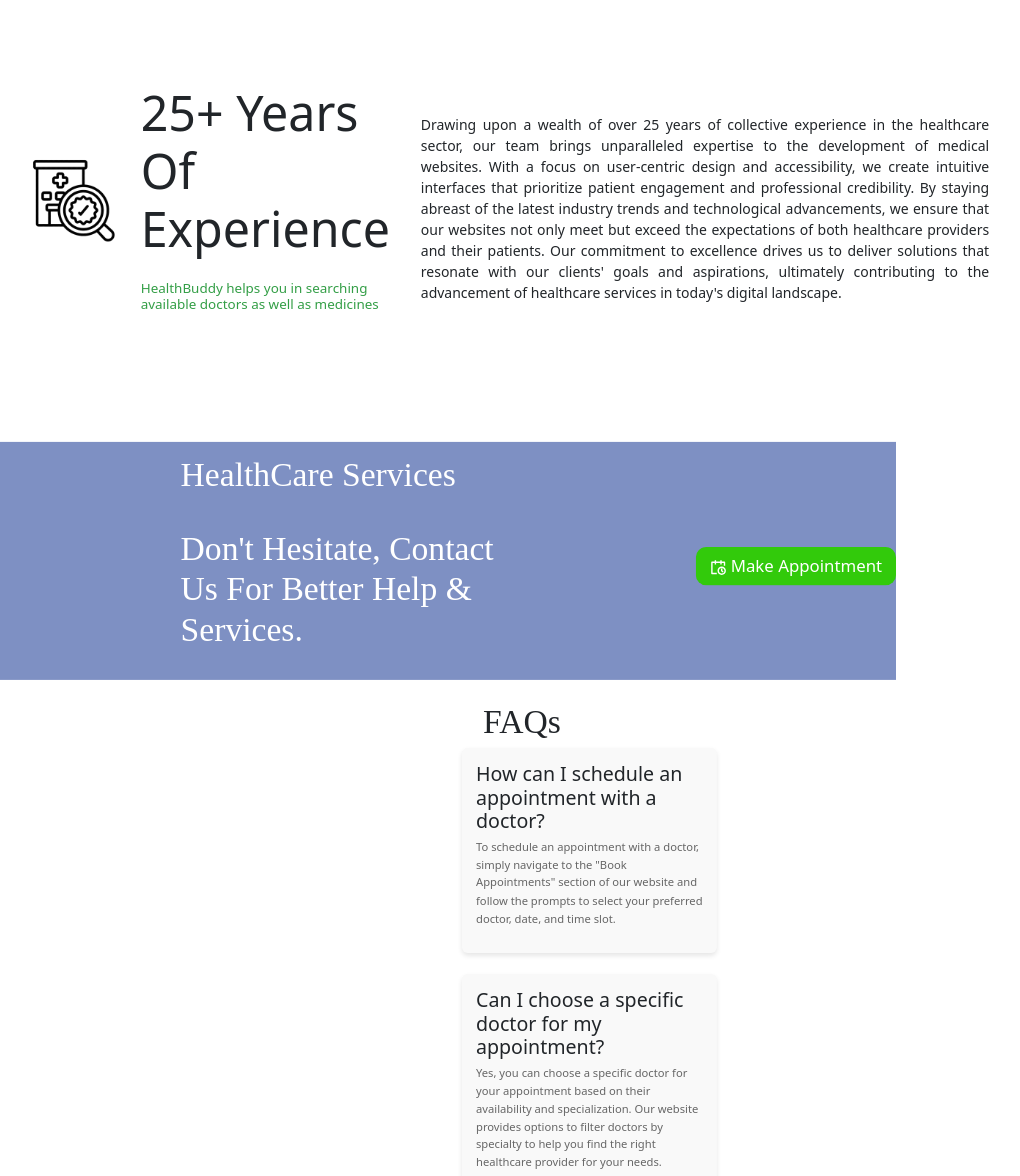
Repository: WajihaGul/MedicalApp-Frontend
Page: /
An editor plug-in stored every save of this project. The page is shown before and after the next save, followed by the edit.
The browser window is 1280 px wide. The page is 1457 px wide, so the pictures cover 1457 px, including what lies to the right of the window. The pictures show the part of the page from y = 1396 to 3076 px (the page is 4730 px tall), at 70% of full size.
The project was rebuilt for these pictures with package versions that can differ from the ones it lists, and the page was loaded fresh each time. Also part of the build but not shown: vite.config.js, src/index.css, src/App.css.

Above is the page before, as saved 2024-05-08 23:52:19.

### public/index.html
<!DOCTYPE html>
<html lang="en">
  <head>
    <meta charset="utf-8" />
    <link rel="icon" href="%PUBLIC_URL%/favicon.ico" />
    <meta name="viewport" content="width=device-width, initial-scale=1" />
    <meta name="theme-color" content="#000000" />
    <meta
      name="description"
      content="Web site created using create-react-app"
    />
    <link rel="apple-touch-icon" href="%PUBLIC_URL%/logo192.png" />

    <link rel="manifest" href="%PUBLIC_URL%/manifest.json" />

    <title>Health Buddy</title>

    <!-- Bootstrap CSS -->

    <link href="https://cdn.jsdelivr.net/npm/bootstrap@5.3.3/dist/css/bootstrap.min.css" rel="stylesheet">
  </head>
  <body>
    <noscript>You need to enable JavaScript to run this app.</noscript>
    <div id="root"></div>

  </body>
</html>

### src/index.js
import React from "react";
import ReactDOM from "react-dom/client";
import "./index.css";
import "bootstrap/dist/css/bootstrap.min.css";
import { Auth0Provider } from "@auth0/auth0-react";
import App from "./App";

const root = ReactDOM.createRoot(document.getElementById("root"));
root.render(
  <Auth0Provider
    domain="dev-0g3c3dxmqjxyqw2c.us.auth0.com"
    clientId="oMzUGa6dYetqfOyrTVNkJyeCd189p4oL"
    authorizationParams={{
      redirect_uri: window.location.origin,
    }}
  >
    <App />
  </Auth0Provider>
);

### src/App.js
import "./App.css";
import Homepage from "./Pages/Homepage";
function App() {
  return (
    <>
      <Homepage />
    </>
  );
}

export default App;

### src/Pages/Homepage.jsx
import Accomplishments from "../Components/Accomplishments/Accomplishments";
import Experience from "../Components/Experience/Experience";
import LandingPage from "./../Components/LandingPage/LandingPage";
import NavigationBar from "./../Components/NavigationBar/Navbar";
import MakeAppointment from "../Components/MakeAppointment/MakeAppointment";
import Footer from "../Components/Footer/Footer";
import Faqs from "../Components/FAQS/Faqs";

const Homepage = () => {
  return (
    <>
      <NavigationBar />
      <LandingPage />
      <Accomplishments />
      <Experience />
      <MakeAppointment />
      <Faqs />
      <Footer />
    </>
  );
};

export default Homepage;

### src/Components/Accomplishments/Accomplishments.jsx
import styles from "./Accomplishments.module.css";

const Accomplishments = () => {
  return (
    <div className={styles.container}>
      <div className={styles.innerContainer}>
        <div className={styles.column1}>
          <img
            className={styles.cols_img}
            src="https://medi-dove.netlify.app/img/counter/counter-icon-7.png"
            alt=""
          />

          <p className={styles.explanationi}>540 + </p>

          <p className={styles.explanationii}>Expert Doctors</p>

          <p className={styles.explanationiii}>
            Our team of dedicated professionals ensures personalized care and
            expert guidance tailored to your unique health needs
          </p>
        </div>

        <div className={styles.column1}>
          <img
            className={styles.cols_img}
            src="https://medi-dove.netlify.app/img/counter/counter-icon-9.png"
            alt=""
          />

          <p className={styles.explanationi}>899+</p>

          <p className={styles.explanationii}>Problem Solve</p>

          <p className={styles.explanationiii}>
            Benefit from our extensive expertise in resolving medical
            challenges, offering tailored solutions that prioritize patient
            well-being.
          </p>
        </div>

        <div className={styles.column3}>
          <img
            className={styles.cols_img}
            src="https://medi-dove.netlify.app/img/counter/counter-icon-83.png"
            alt=""
          />

          <p className={styles.explanationi}>100+</p>

          <p className={styles.explanationii}>Award Winner</p>

          <p className={styles.explanationiii}>
            With a track record of excellence, we continue to set the standard
            for cutting-edge medical information and services
          </p>
        </div>
      </div>
    </div>
  );
};

export default Accomplishments;

### src/Components/Experience/Experience.jsx
import styles from "./Experience.module.css";

const Experience = () => {
  return (
    <>
      <div className={styles.container}>
        <div className={styles.divimg}>
          <img
            className={styles.eimg}
            src="/Assets/Experience_image.png"
            alt="logo here"
          />
        </div>

        <div>
          <h1 className={styles.ehead1}>25+ Years Of Experience</h1>
          <br />
          <h6 className={styles.ehead6}>
            HealthBuddy helps you in searching available doctors as well as
            medicines
          </h6>
        </div>
        <div>
          <p className={styles.story_p}>
            Drawing upon a wealth of over 25 years of collective experience in
            the healthcare sector, our team brings unparalleled expertise to the
            development of medical websites. With a focus on user-centric design
            and accessibility, we create intuitive interfaces that prioritize
            patient engagement and professional credibility. By staying abreast
            of the latest industry trends and technological advancements, we
            ensure that our websites not only meet but exceed the expectations
            of both healthcare providers and their patients. Our commitment to
            excellence drives us to deliver solutions that resonate with our
            clients' goals and aspirations, ultimately contributing to the
            advancement of healthcare services in today's digital landscape.
          </p>
        </div>
      </div>
    </>
  );
};
export default Experience;

### src/Components/LandingPage/LandingPage.jsx
import React from "react";
import "bootstrap/dist/css/bootstrap.min.css";
import { Carousel } from "react-bootstrap";
import styles from "./LandingPage.module.css";

const LandingPage = () => {
  return (
    <Carousel>
      <Carousel.Item>
        <img
          className={styles.dblock}
          src="https:hips.hearstapps.com/hmg-prod/images/types-of-doctors-1600114658.jpg?crop=0.974xw:0.729xh;0,0&resize=1200:*"
          alt="First slide"
        />
        <Carousel.Caption>
          <h3 className={styles.sliders_h}>Welcome to HealthBuddy</h3>
          <p className={styles.sliders_p}>
            We are dedicated to providing compassionate care and innovative
            medical solutions tailored to your needs.
          </p>
        </Carousel.Caption>
      </Carousel.Item>
      <Carousel.Item>
        <img
          className={styles.dblock}
          src="https://medi-dove.netlify.app/img/home4/about/overlap.png"
          alt="Second slide"
        />
        <Carousel.Caption>
          <h3 className={styles.sliders_h}>
            Find Trusted Doctors in Your Area
          </h3>
          <p className={styles.sliders_p}>
            Whether you need a primary care physician, specialist, or allied
            healthcare provider, we've got you covered.
          </p>
        </Carousel.Caption>
      </Carousel.Item>
      <Carousel.Item>
        <img
          className={styles.dblock}
          src="https://drz0f01yeq1cx.cloudfront.net/1714474335549-158e1cf4-d33e-41ef-afb5-0ab23aea778c-4929.png"
          alt="Third slide"
        />
        <Carousel.Caption>
          <h3 className={styles.sliders_h}>Convenient Pharmacy Services</h3>
          <p className={styles.sliders_p}>
            Our pharmacy services make it easy to access the medications you
            need, right from the comfort of your own home.
          </p>
        </Carousel.Caption>
      </Carousel.Item>
    </Carousel>
  );
};

export default LandingPage;

### src/Components/NavigationBar/Navbar.jsx
import styles from "./Navbar.module.css";
import { useAuth0 } from "@auth0/auth0-react";

const Navbar = () => {
  const { loginWithRedirect, isAuthenticated, logout } = useAuth0();

  return (
    <>
      <nav className={styles.container}>
        <div className={styles.logo}>
          <img
            className={styles.nav_img}
            src="https://cdn.icon-icons.com/icons2/1465/PNG/512/588hospital_100778.png"
            alt="logo"
          />
          <h1 className={styles.nav_head}>HealthBuddy</h1>
        </div>
        <ul className={styles.navul}>
          <li href="#">Home</li>
          <li href="#">Doctors</li>
          <li href="#">Pharmacies</li>
          <li href="#">Contact Us</li>
        </ul>
        {isAuthenticated ? (
          <li>
            <button
              className={styles.customButton}
              onClick={() =>
                logout({ logoutParams: { returnTo: window.location.origin } })
              }
            >
              Log Out
            </button>
          </li>
        ) : (
          <li>
            <button
              className={styles.customButton}
              onClick={() => loginWithRedirect()}
            >
              Login
            </button>
          </li>
        )}
      </nav>
    </>
  );
};

export default Navbar;

### src/Components/MakeAppointment/MakeAppointment.jsx
import styles from "./MakeAppointment.module.css";
import { RiCalendarScheduleLine } from "react-icons/ri";

const MakeAppointment = () => {
  return (
    <>
      <div className={styles.container}>
        <div className={styles.divii}>
          <h3 className={styles.head3}>HealthCare Services</h3>
          <h1 className={styles.head1}>
            Don't Hesitate, Contact Us For Better Help & Services.
          </h1>
        </div>

        <div className={styles.ButtonHere}>
          <button className={styles.mbutton} type="button">
            <RiCalendarScheduleLine className={styles.icon} />
            Make Appointment
          </button>
        </div>
      </div>
    </>
  );
};

export default MakeAppointment;

### src/Components/Footer/Footer.jsx
import React from "react";
import styles from "./Footer.module.css";
import {
  FaPhone,
  FaEnvelope,
  FaFacebook,
  FaTwitter,
  FaInstagram,
  FaLinkedin,
} from "react-icons/fa";

const Footer = () => {
  return (
    <>
      <footer className={styles.footer}>
        <div className={styles.container}>
          <div className={styles.footer_grid}>
            <div className={styles.footer_item}>
              <h3>Contact Us</h3>
              <p>
                <FaPhone /> +1-123-456-7890
              </p>
              <p>
                <FaEnvelope /> info@medicalwebsite.com
              </p>
            </div>
            <div className={styles.footer_item}>
              <h3>Quick Links</h3>
              <ul>
                <li>
                  <a href="#home">Home</a>
                </li>
                <li>
                  <a href="#doctors">Doctors</a>
                </li>
                <li>
                  <a href="#pharmacy">Pharmacy</a>
                </li>
                <li>
                  <a href="#appointments">Appointments</a>
                </li>
                <li>
                  <a href="#about">About Us</a>
                </li>
                <li>
                  <a href="#contact">Contact Us</a>
                </li>
              </ul>
            </div>
            <div className={styles.footer_item}>
              <h3>Services</h3>
              <ul>
                <li>
                  <a href="#appointment">Book Appointment</a>
                </li>
                <li>
                  <a href="#pharmacy-order">Order Medicine</a>
                </li>
              </ul>
            </div>
            <div className={styles.footer_item}>
              <h3>Follow Us</h3>
              <ul className={styles.social_icons}>
                <li>
                  <a href="https://facebook.com">
                    <FaFacebook />
                  </a>
                </li>
                <li>
                  <a href="https://twitter.com">
                    <FaTwitter />
                  </a>
                </li>
                <li>
                  <a href="https://instagram.com">
                    <FaInstagram />
                  </a>
                </li>
                <li>
                  <a href="https://linkedin.com">
                    <FaLinkedin />
                  </a>
                </li>
              </ul>
            </div>
          </div>
        </div>
        <div className={styles.footer_bottom}>
          <div className={styles.container}>
            <p>
              &copy; {new Date().getFullYear()} Medical Website. All rights
              reserved.
            </p>
          </div>
        </div>
      </footer>
    </>
  );
};

export default Footer;

### src/Components/FAQS/Faqs.jsx
import React from "react";
import styles from "./Faqs.module.css";

const Faqs = () => {
  return (
    <section className={styles.faq_section}>
      <div className={styles.faq_content}>
        <h2 className={styles.faq_h2}>FAQs</h2>
        <div className={styles.faq_item}>
          <h3>How can I schedule an appointment with a doctor?</h3>
          <p>
            To schedule an appointment with a doctor, simply navigate to the
            "Book Appointments" section of our website and follow the prompts to
            select your preferred doctor, date, and time slot.
          </p>
        </div>
        <div className={styles.faq_item}>
          <h3>Can I choose a specific doctor for my appointment?</h3>
          <p>
            Yes, you can choose a specific doctor for your appointment based on
            their availability and specialization. Our website provides options
            to filter doctors by specialty to help you find the right healthcare
            provider for your needs.
          </p>
        </div>
        <div className={styles.faq_item}>
          <h3>
            What information do I need to provide when booking an appointment?
          </h3>
          <p>
            When booking an appointment, you will need to provide basic
            information such as your name, contact details, reason for visit,
            and any relevant medical history. This information helps us ensure
            that you receive the appropriate care during your visit.
          </p>
        </div>
        <div className={styles.faq_item}>
          <h3>How can I order prescription medications from the pharmacy?</h3>
          <p>
            Ordering prescription medications from our pharmacy is easy. Simply
            log in to your account on our website, navigate to the pharmacy
            section, and browse our catalog of available medications. Add the
            desired items to your cart, proceed to checkout, and follow the
            instructions to complete your order
          </p>
        </div>

        <div className={styles.faq_item}>
          <h3>
            How long does it take for prescription medications to be delivered?
          </h3>
          <p>
            Prescription medication delivery times may vary depending on your
            location and the availability of the medications you have ordered.
            Typically, orders are processed and dispatched within 24 hours, and
            delivery times range from 2-3 business days.
          </p>
        </div>
      </div>
    </section>
  );
};

export default Faqs;

### src/Components/Accomplishments/Accomplishments.module.css
.container{
    margin:0 auto;
    width: 1200px;
    padding-top: 30px;
    padding-bottom: 30px;
    margin-top: 30px;
    display: flex;
    flex-direction: column;
}
.innerContainer{
    display: flex;
    flex-direction: row;
}
.column1 , .column2 , .column3{
    display: flex;
    flex-direction: column;
    justify-content: center;
    align-items: center;
}
.explanationi{
    font-size: xxx-large;
    font-weight: 700px;
}

.explanationii{
    color: green;
    font-size: larger;
    font-style: italic;
    margin-top: -12px;
}

.explanationiii{
    text-align: justify;
    margin-right: 23px;
    font-size:24px;
}

.cols_img{
    height: 150px;
    width: 150px;
    align-items: center !important;
    justify-content: center !important;
}

### src/Components/Experience/Experience.module.css
.container{
  margin: 0 auto;
  width: 1200px;
  margin-top: 138px;
  display: flex;
  flex-direction: row;
  margin-bottom: 138px;
}

.logo, .experience , .story{
  margin: 10px;
  height: 100px !important;
}

.story_p{
  padding: 44px;
    text-align: justify;
    font-size: 20px;
    width: 900px;
}
.divimg{

}
.ehead1{
  font-size: 69px;
}

.ehead6{
color: #339e46 ;
font-size: larger;
}
.eimg{
  height: 131px;
  margin-bottom: 102px;
  margin-top: 102px;
  padding-right: 30px;
}

### src/Components/LandingPage/LandingPage.module.css
.carousel {
  overflow: hidden; /* Hide any overflow */
}

.carousel-item img {
  max-width: 100%; /* Ensure images don't exceed the width of the container */
  max-height: 100vh; /* Adjust the height as needed to fit within the viewport */
  margin: auto; /* Center the images horizontally */
}

.dblock{
  height: 100vh;
  width: 100%;
  margin-bottom: 100px;
  filter: brightness(0.5);
}

.sliders_p{
  font-size: 48px;
  color: white;
  width: 1462px;
  text-align: center;
  padding-bottom: 156px;
  font-family: serif;
}

.sliders_h{
  font-size: 48px;
  font-family: serif;
}

### src/Components/NavigationBar/Navbar.module.css
nav {
    position: fixed;
    top: 0;
    left: 0;
    width: 100%;
    display: flex;
    justify-content: space-between;
    align-items: center;
    height: 80px;
    padding: 0 30px;
    background-color: #4f4fa1;
    box-shadow: 0px 4px 10px rgba(0, 0, 0, 0.1);
    z-index: 10;
}

.navul {
  display: flex;
  gap: 53px;
  list-style-type: none;
  margin: 0;
  padding: 0;
  font-size: x-large;
  box-sizing: border-box;
  font-family: cursive;
  color: white;
  font-weight: 800;
}

.navbar-item {
  position: relative;
}

.navbar-item a {
  text-decoration: none;
  color: #fff;
  font-weight: bold;
  padding: 15px 20px;
  border-radius: 10px;
  transition: background-color 0.3s ease;
}

.navbar-item a:hover {
  background-color: rgba(255, 255, 255, 0.2); /* Semi-transparent background on hover */
}

.customButton {
  background-color: #f0f1ff;
    border: none;
    font-family: cursive;
    color: #2259b1;
    padding: 0px 32px;
    text-align: center;
    text-decoration: none;
    display: inline-block;
    margin: 4px 2px;
    cursor: pointer;
    border-radius: 4px;
    transition-duration: 0.4s;
    font-size: x-large;
    height: 54px;
    font-weight: 700;
}

.customButton:hover {

}


.btn-primary.btn-lg:hover {
  transform: scale(1.05); /* Scale button on hover */
}

.logo {
  display: flex;
  align-items: center;
}

.nav_img {
  height: 47px;
  margin-right: 20px;
  margin-top: -9px;
  margin-right: 14px;
}

.nav_head {
  font-size: 2.5rem;
  margin-left: -12px;
  color:#ffffff;
  font-family: cursive;
  margin-bottom: 1px;
  font-weight: 800;
  font-size: xx-large;
}

### src/Components/MakeAppointment/MakeAppointment.module.css
.container{
    background-color: rgb(126 144 195);
    height: 340px;
}
.head3{
    color: white;
    font-family: cursive;
    margin-left: 290px;
    padding-top: 18px;
    /* width: 800px; */
    font-size: xxx-large;
    margin-right: 290px;
    padding-bottom: 18px;
}
.head1{
    margin-top: 30px;
    color: white;
    font-family: cursive;
    margin-left: 290px;
    font-size: xxx-large;
    /* width: 800px; */
    margin-bottom: 30px;
    margin-right: 290px;
}

.container , .ButtonHere{
display: flex;
flex-direction: row;
}

.divii{
    margin-left: 70px;
    margin-right: -32px;
    margin-left: -32px;
    width: 1080px;
}

.ButtonHere{
    margin:150px auto;
}

.mbutton{
    height: 55px;
    width: 286px;
    border-color: transparent;
    font-size: x-large;
    border-radius: 15px;
    background-color: #32ca0b;
    color: white;
}

.icon{
    margin-right: 6px;
    height: 54px;
}

### src/Components/Footer/Footer.module.css
.footer {
  background-color: #191931;
  padding-top: 26px;
  padding-left: 25px;
  font-family: emoji;
  color: white;
  display: flex;
  flex-direction: column;
  justify-content: space-between; /* Align content at the top and bottom */
  height: 100%; /* Make the footer take the full height */
}

.footer .container {
  justify-content: space-between;
  color: white;
}

.footer_grid {
  color: white;
  display: grid;
  grid-template-columns: repeat(4, 1fr);
  grid-gap: 30px;
}

.footer_item {
  color: white;
  margin-bottom: 30px;
}

.footer_item h3 {
  color: white;
  font-size: 1.2rem;
  margin-bottom: 15px;
  color: white;
}

.footer_item p {
  color: white;
  font-size: 1rem;
  margin-bottom: 10px;
}

.footer_item ul {
  color: white;
  list-style-type: none;
  padding: 0;
}

.footer_item ul li {
  margin-bottom: 5px;
  color: white;
}

.footer_item ul li a {
  color: #333;
  text-decoration: none;
  color: white;
}

.footer_item ul li a:hover {
  color: #007bff;
}

.social_icons {
  display: flex;
  padding: 0;
  color: white;
}

.social_icons li {
  margin-right: 10px;
  color: white;
}

.social_icons li:last-child {
  margin-right: 0;
  color: white;
}

.social_icons a {
  color: white;
  font-size: 1.2rem;
  text-decoration: none;
}

.social_icons a:hover {
  color: #007bff;
}

.footer_bottom {
  background-color:  #191931;
  padding: 15px 0;
  color: white;
  text-align: center;
}

.footer_bottom p {
  margin-left: -23px;
  font-size: 0.9rem;
  color: white;
}

### src/Components/FAQS/Faqs.module.css
.faq_section {
    max-width: 1587px;
    display: flex;
    padding-left: 300px;
    padding: 300p;
    padding-top: 32px;
    align-items: center;
    margin-left: 340px;
}
  .faq_h2{
    font-size: 3rem;
    font-family: emoji;
    padding-left: 30px;
  }
  .faq_content {
    width: 60%;
    padding-left: 20px;
  }


  .faq_item {
    margin-bottom: 30px;
    background-color: #f9f9f9;
    padding: 20px;
    border-radius: 8px;
    box-shadow: 0 4px 8px rgba(0, 0, 0, 0.1);
    transition: transform 0.3s ease;
  }

  .faq_item:hover {
    transform: translateY(-5px);
    color: #4f4fa1;
  }

  .faq-item h3 {
    font-size: 1.2rem;
    margin-bottom: 10px;
    color: #333;
  }

  .faq_item p {
    font-size: 1rem;
    line-height: 1.6;
    color: #666;
  }

After the next save:
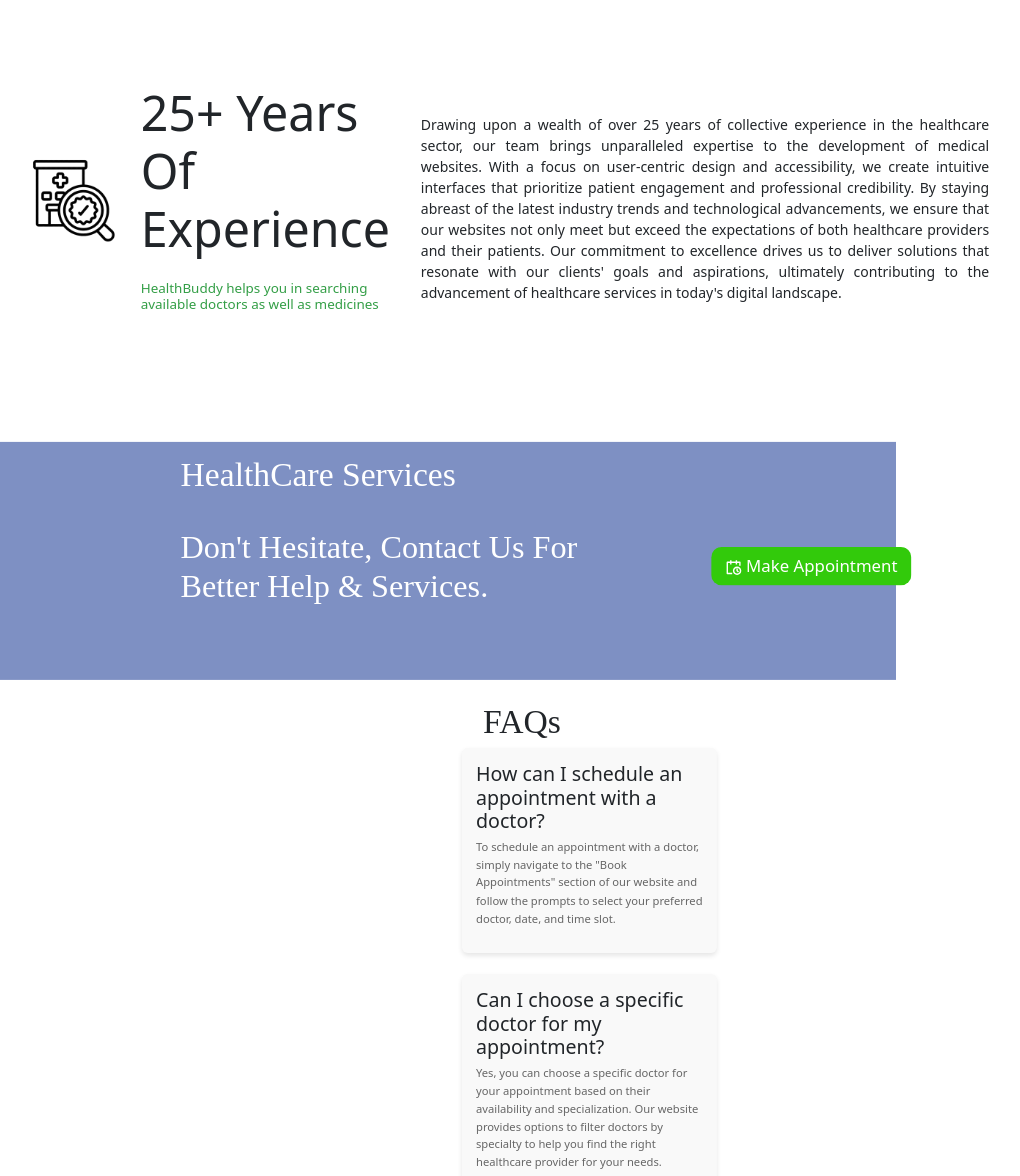
Saved 85 s later.
--- a/src/Components/MakeAppointment/MakeAppointment.module.css
+++ b/src/Components/MakeAppointment/MakeAppointment.module.css
@@ -17,10 +17,10 @@
     color: white;
     font-family: cursive;
     margin-left: 290px;
-    font-size: xxx-large;
-    /* width: 800px; */
     margin-bottom: 30px;
     margin-right: 290px;
+    font-size: 46px;
+    width: 600px;
 }
 
 .container , .ButtonHere{
